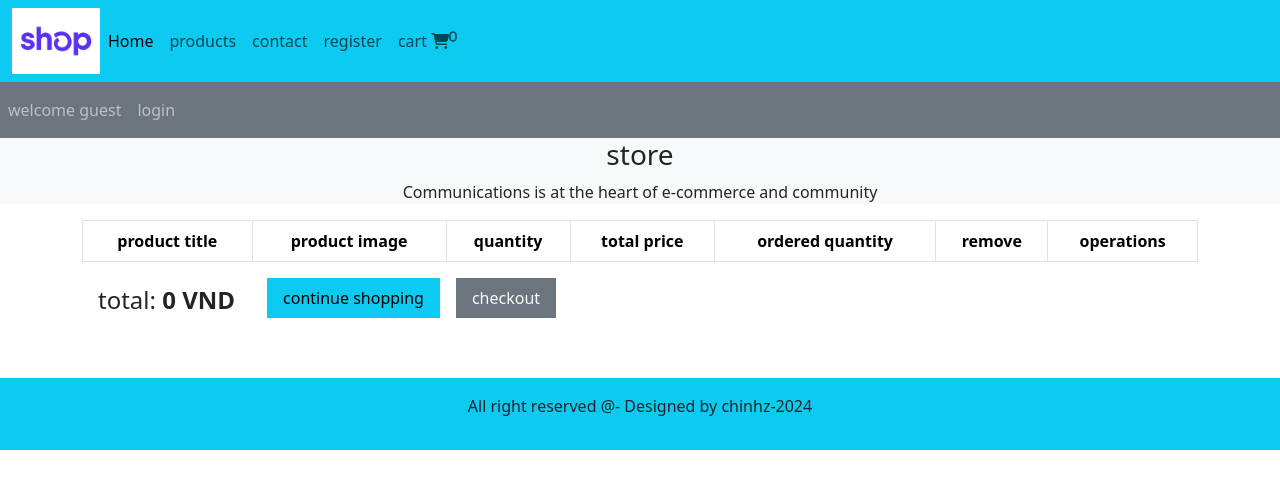
Repository: hahuuchinh2501/ecommerce_web
Page: http://localhost/cart.php
The author's editor kept a copy of each file at every save. The page is drawn from the files as they stood at one save, then again after the next save.
The browser window is 1280 px wide. The pictures show the whole page.
The page is run by PHP 8.4 with error messages shown; the project is at /var/www/html/. Queries for data that is not in the repository find no rows.

Above is the page before, as saved 2025-02-08 16:54:08.

After the next save:
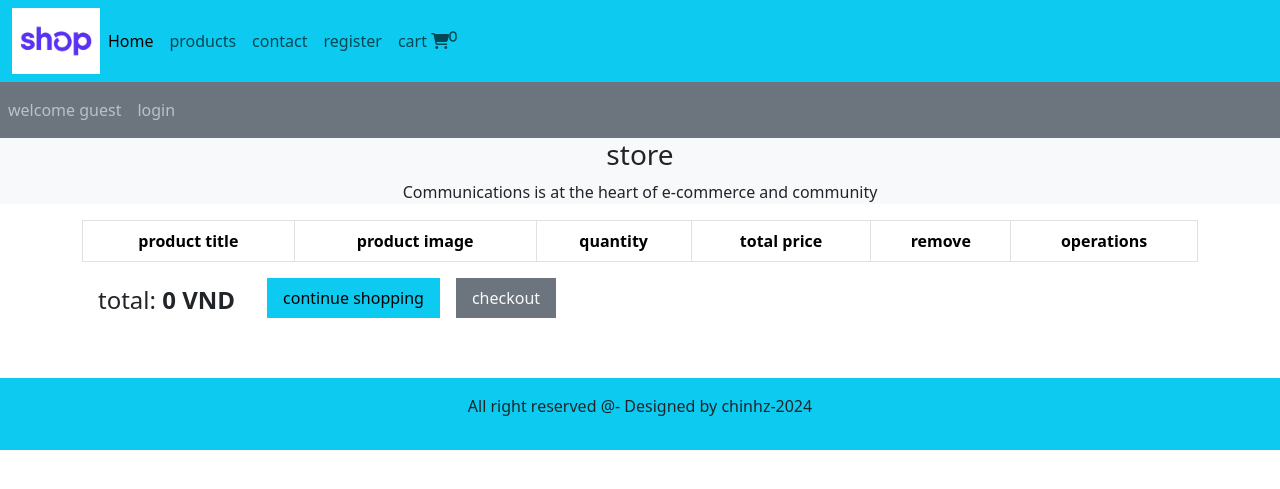
Saved 2 min 4 s later.
--- a/cart.php
+++ b/cart.php
@@ -96,7 +96,7 @@
                                 <th>product image</th>
                                 <th>quantity</th>
                                 <th>total price</th>
-                                <th> ordered quantity</th>
+                                <!-- <th> ordered quantity</th> -->
                                 <th>remove</th>
                                 <th colspan="2">operations</th>
                             </tr>
@@ -140,14 +140,14 @@
 
 
                                         <?php
-                                        $get_order_quantity = "SELECT quantity FROM `cart_details` WHERE product_id='$product_id' AND ip_address='$get_ip_add'";
-                                        $order_quantity_result = mysqli_query($con, $get_order_quantity);
-                                        $order_quantity_row = mysqli_fetch_assoc($order_quantity_result);
-                                        $ordered_quantity = $order_quantity_row ? $order_quantity_row['quantity'] : 0;
+                                        // $get_order_quantity = "SELECT quantity FROM `cart_details` WHERE product_id='$product_id' AND ip_address='$get_ip_add'";
+                                        // $order_quantity_result = mysqli_query($con, $get_order_quantity);
+                                        // $order_quantity_row = mysqli_fetch_assoc($order_quantity_result);
+                                        // $ordered_quantity = $order_quantity_row ? $order_quantity_row['quantity'] : 0;
                                         ?>
 
                                         <td><?php echo $price_table ?></td>
-                                        <td><?php echo $ordered_quantity ?></td>
+                                        <!--  <td><?php echo $ordered_quantity ?></td> -->
                                         <td><input type="checkbox" name="removeitem[]" <?php echo $product_id ?>></td>
                                         <td>
                                             <!-- <button class="bg-info px-3 py-2 border-0 mx-3">update</button> -->

After the 4 saves that followed:
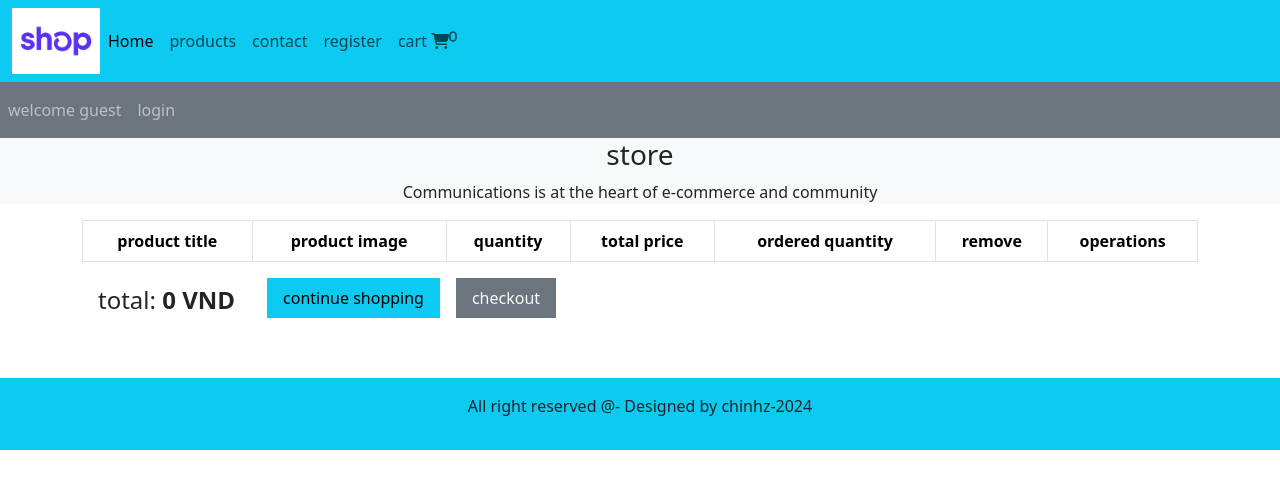
The 4 saves are shown as one change because 3 left the picture as it was.
The last was saved 11 min 41 s later.
--- a/cart.php
+++ b/cart.php
@@ -96,7 +96,7 @@
                                 <th>product image</th>
                                 <th>quantity</th>
                                 <th>total price</th>
-                                <!-- <th> ordered quantity</th> -->
+                                <th> ordered quantity</th>
                                 <th>remove</th>
                                 <th colspan="2">operations</th>
                             </tr>
@@ -140,15 +140,15 @@
 
 
                                         <?php
-                                        // $get_order_quantity = "SELECT quantity FROM `cart_details` WHERE product_id='$product_id' AND ip_address='$get_ip_add'";
-                                        // $order_quantity_result = mysqli_query($con, $get_order_quantity);
-                                        // $order_quantity_row = mysqli_fetch_assoc($order_quantity_result);
-                                        // $ordered_quantity = $order_quantity_row ? $order_quantity_row['quantity'] : 0;
+                                        $get_order_quantity = "SELECT quantity FROM `cart_details` WHERE product_id='$product_id' AND ip_address='$get_ip_add'";
+                                        $order_quantity_result = mysqli_query($con, $get_order_quantity);
+                                        $order_quantity_row = mysqli_fetch_assoc($order_quantity_result);
+                                        $ordered_quantity = $order_quantity_row ? $order_quantity_row['quantity'] : 0;
                                         ?>
 
                                         <td><?php echo $price_table ?></td>
-                                        <!--  <td><?php echo $ordered_quantity ?></td> -->
-                                        <td><input type="checkbox" name="removeitem[]" <?php echo $product_id ?>></td>
+                                        <td><?php echo $ordered_quantity ?></td>
+                                        <td><input type="checkbox" name="remove_item[]" value="<?php echo $product_id; ?>"></td>
                                         <td>
                                             <!-- <button class="bg-info px-3 py-2 border-0 mx-3">update</button> -->
                                             <input type="submit" value="Update Cart" class="bg-info px-3 py-2 border-0 mx-3"
@@ -179,7 +179,7 @@
         {
             global $con;
             if (isset($_POST['remove_cart'])) {
-                foreach ($_POST['removeitem'] as $remove_id) {
+                foreach ($_POST['remove_item'] as $remove_id) {
                     echo $remove_id;
                     $delete_query = "Delete from `cart_details` where product_id=$remove_id";
                     $run_delete = mysqli_query($con, $delete_query);
